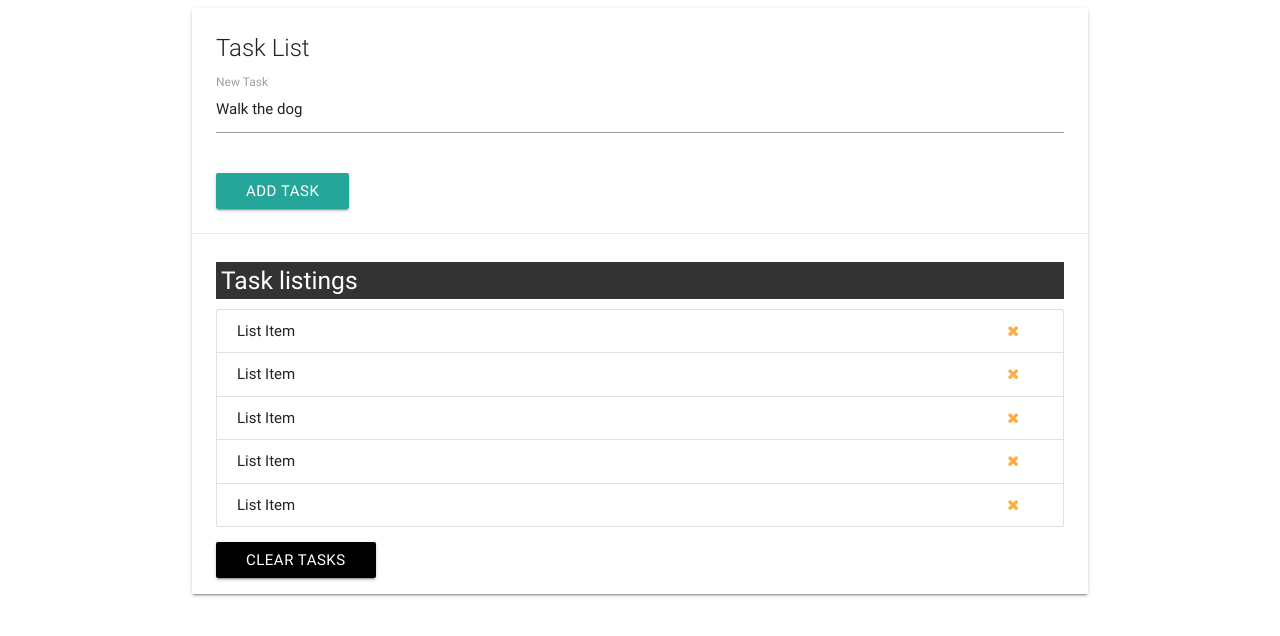
Repository: brianokanga/modern-javascript
Page: Section 3/index.html
The author's editor kept a copy of each file at every save. The page is drawn from the files as they stood at one save, then again after the next save.
The browser window is 1280 px wide. The pictures show the whole page.
Some web libraries are served in a nearby version.

Above is the page before, as saved 2020-04-03 02:01:51.

After the next save:
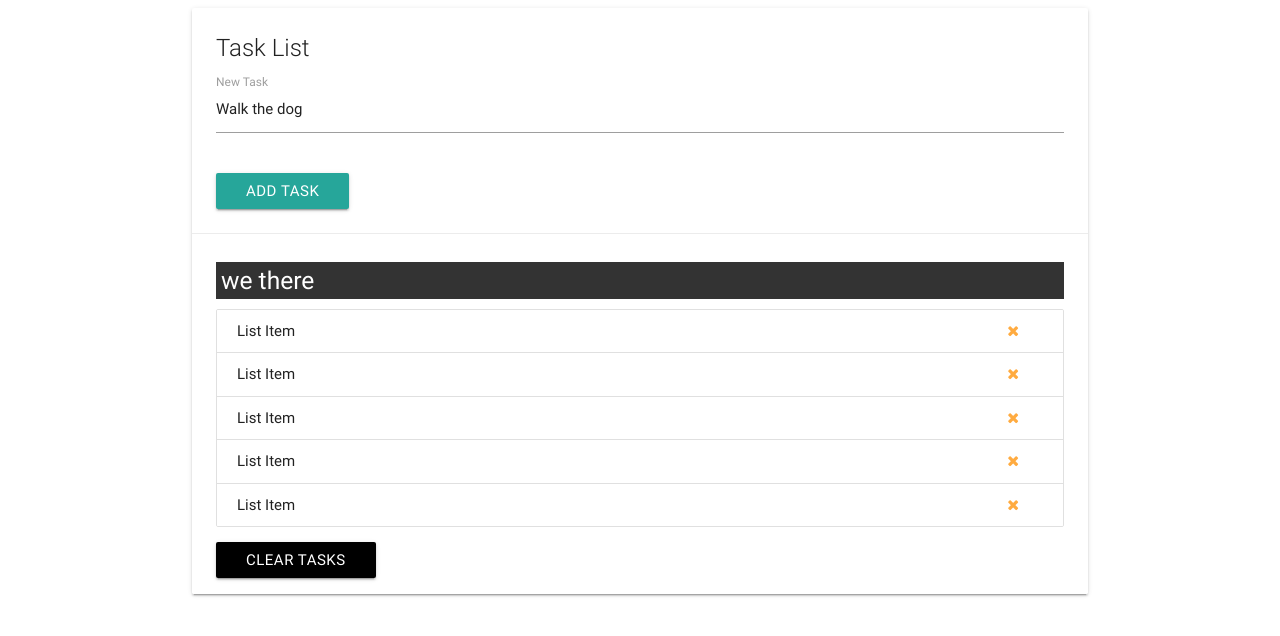
Saved 13 s later.
--- a/Section 3/app.js
+++ b/Section 3/app.js
@@ -51,4 +51,4 @@ document.getElementById('task-title').style.color = '#fff';
 document.getElementById('task-title').style.padding = '5px';
 
 // change the content
-document.getElementById('task-title').textContent = 'Task listings'
+document.getElementById('task-title').textContent = 'we there'
